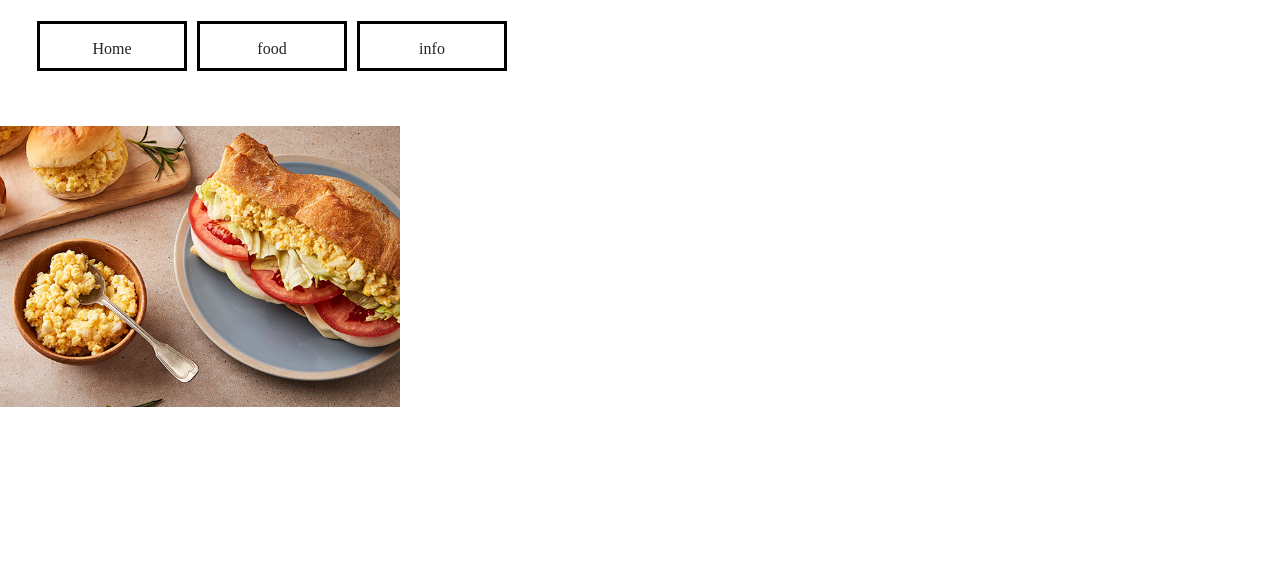
Repository: jini8293/Sist_04
Page: jspwork/jspProject/src/main/webapp/day0305_quiz/readQuiz.html
The author's editor kept a copy of each file at every save. The page is drawn from the files as they stood at one save, then again after the next save.
The browser window is 1280 px wide. The pictures show the whole page.
After loading, the first visible `li` was clicked once.
Some web fonts or font styles are not loaded; a fallback is used.

Above is the page before, as saved 2024-03-05 06:12:50.

### jspwork/jspProject/src/main/webapp/day0305_quiz/readQuiz.html
<!DOCTYPE html>
<html>
<head>
<meta charset="UTF-8">
<link
	href="https://fonts.googleapis.com/css2?family=Black+Han+Sans&family=Gowun+Dodum&family=IBM+Plex+Sans+KR&display=swap"
	rel="stylesheet">
<link
	href="https://cdn.jsdelivr.net/npm/bootstrap@5.3.2/dist/css/bootstrap.min.css"
	rel="stylesheet">
<script src="https://code.jquery.com/jquery-3.7.0.js"></script>
<title>Insert title here</title>
<style type="text/css">
	ul li{
		list-style: none;
		width: 150px;
		height: 50px;
		text-align: center;
		line-height: 50px;
		border: 3px solid black;
		margin: 5px;
		float: left;
		cursor: pointer;
		font-family: Black Han Sans;
	}
</style>
<script type="text/javascript">

$(function() {


	$("li:eq(0)").click(function() {
		$("#show").html("<img src='../image/food/1.jpg' width='400'>");
	});
});
</script>
</head>
<body>
	<ul>
		<li>Home</li>
		<li>food</li>
		<li>info</li>
	</ul>

	<div style="clear: both;"></div>

	<div id="show" style="margin-top: 50px;"></div>
</body>
</html>

After the next save:
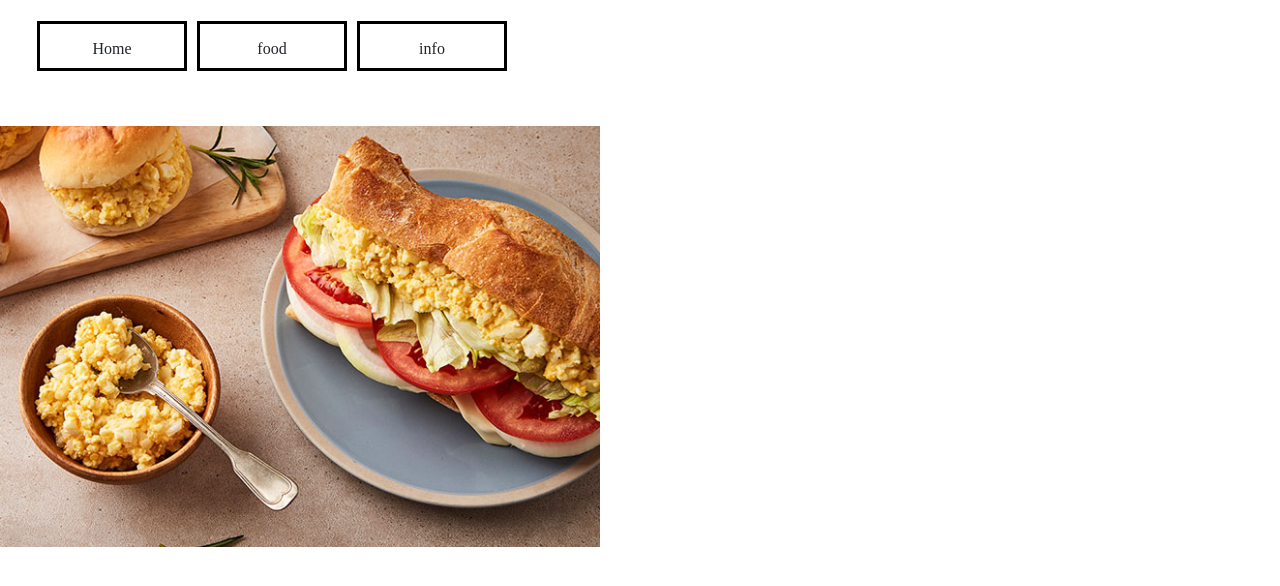
Saved 35 s later.
--- a/jspwork/jspProject/src/main/webapp/day0305_quiz/readQuiz.html
+++ b/jspwork/jspProject/src/main/webapp/day0305_quiz/readQuiz.html
@@ -30,7 +30,7 @@
 
 
 	$("li:eq(0)").click(function() {
-		$("#show").html("<img src='../image/food/1.jpg' width='400'>");
+		$("#show").html("<img src='../image/food/1.jpg' width='600' margin-left='5px'>");
 	});
 });
 </script>
